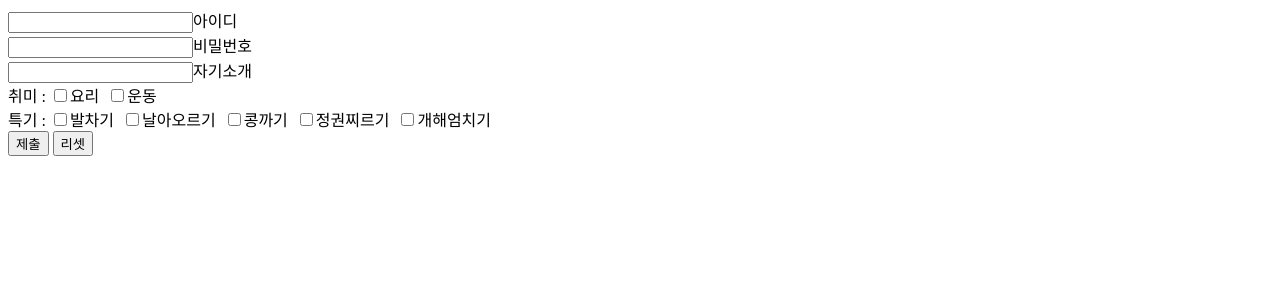
Repository: hanbeen03/javabasic
Page: http://localhost/JSPBasic/01-request/req_param_send.jsp
These files come from the project's save history. The page is drawn as it stood at one moment and after the next save; the edit follows.
The browser window is 1280 px wide. The pictures show the whole page.
The page is served by Tomcat 9.

Above is the page before, as saved 2021-07-30 05:53:22.

After the next save:
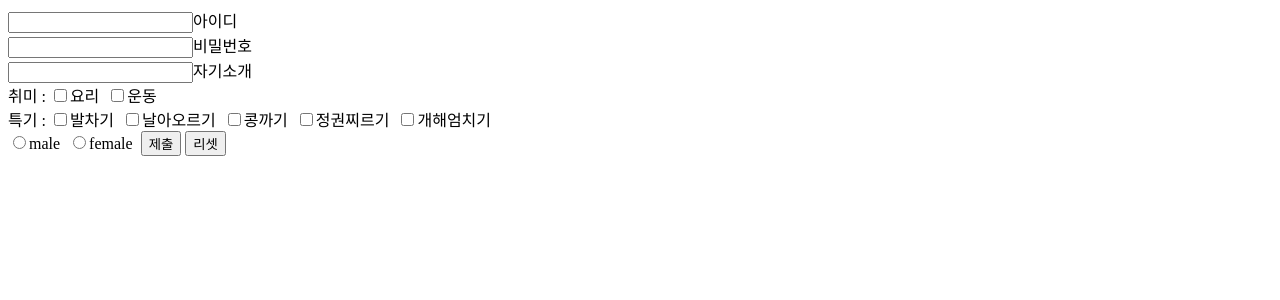
Saved 6 min 56 s later.
--- a/JSPBasic/WebContent/01-request/req_param_send.jsp
+++ b/JSPBasic/WebContent/01-request/req_param_send.jsp
@@ -28,7 +28,9 @@
 		<input type="checkbox" name="activity" value="정권찌르기"/>정권찌르기&nbsp;
 		<input type="checkbox" name="activity" value="개해엄치기"/>개해엄치기
 		<br>
-
+		<!-- 성별은 하나만 골라야 하므로 radio를 사용합니다. -->
+		<input type="radio" name="gender" value="male" />male&nbsp;
+		<input type="radio" name="gender" value="female" />female&nbsp;
 
 		<input type="submit" value="제출"/>
 		<input type="reset" value="리셋"/>
